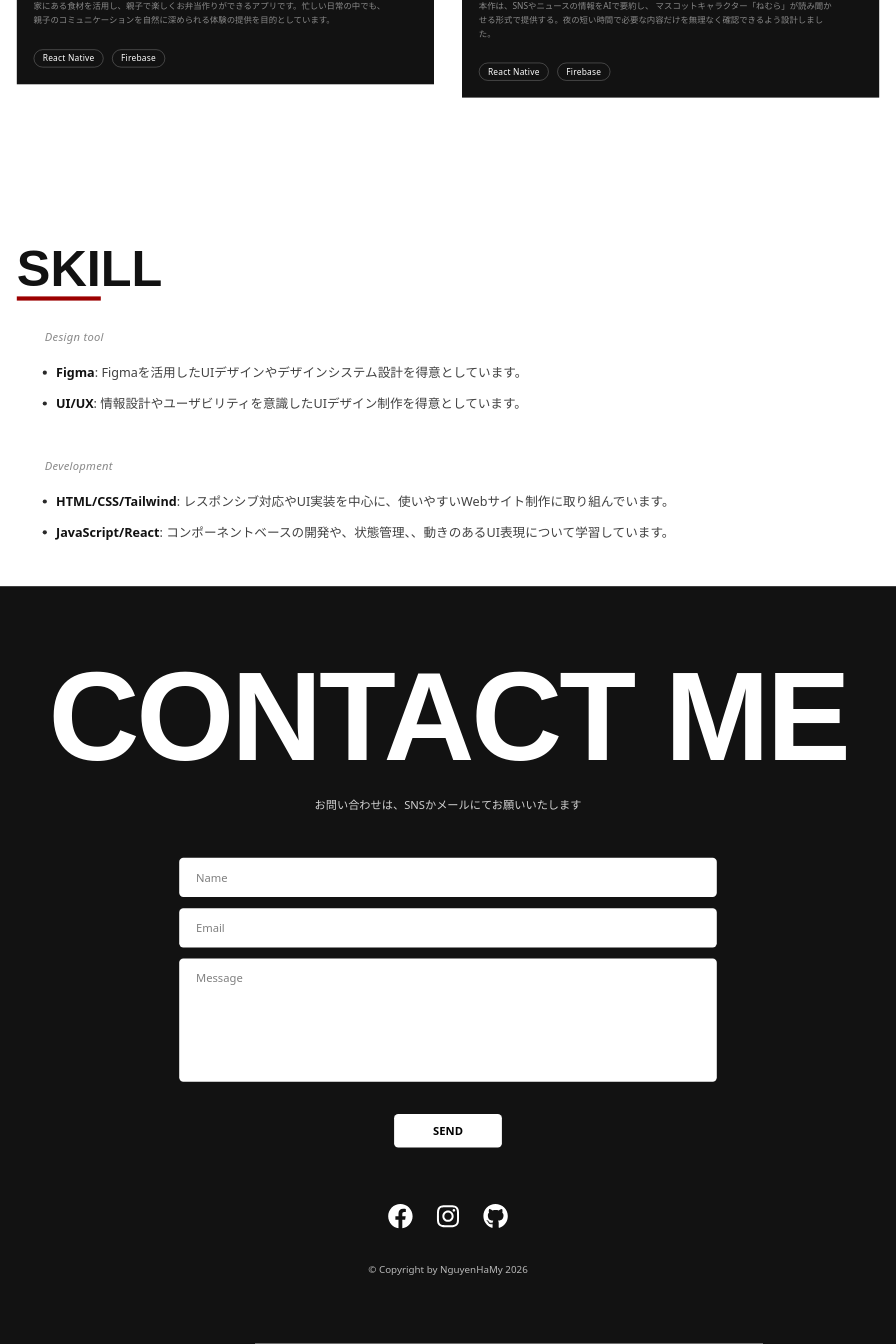
Repository: meme2603/Portfolio-HaMy
Page: / (app in my-portfolio/)
The author's editor kept a copy of each file at every save. The page is drawn from the files as they stood at one save, then again after the next save.
The browser window is 1280 px wide. The pictures show the part of the page from y = 4458 to 6378 px (the page is 6378 px tall before and 6314 px after), at 70% of full size.
Some web fonts or font styles are not loaded; a fallback is used. The project was rebuilt for these pictures with package versions that can differ from the ones it lists, and the page was loaded fresh each time. Also part of the build but not shown: my-portfolio/vite.config.js.

Above is the page before, as saved 2026-05-29 14:48:59.

### my-portfolio/index.html
<!doctype html>
<html lang="ja">
  <head>
    <meta charset="UTF-8" />

    <link rel="icon" type="image/png" href="/memex2.png" />
    <meta name="viewport" content="width=device-width, initial-scale=1.0" />
    <title>My Portfolio</title>
    <link rel="preconnect" href="https://fonts.googleapis.com" />
    <link rel="preconnect" href="https://fonts.gstatic.com" crossorigin />
    <link
      href="https://fonts.googleapis.com/css2?family=Akshar:wght@300..700&family=Poppins:wght@300;400;600;700&display=swap"
      rel="stylesheet"
    />
  </head>
  <body>
    <div id="root"></div>

    <script type="module" src="/src/main.jsx"></script>
  </body>
</html>

### my-portfolio/src/main.jsx
import React from "react";
import ReactDOM from "react-dom/client";
import App from "./App";
import "./index.css";

ReactDOM.createRoot(document.getElementById("root")).render(
  <React.StrictMode>
    <App />
  </React.StrictMode>,
);

### my-portfolio/src/App.jsx
import Header from "./components/Header";
import Hero from "./components/Hero";
import About from "./components/About";
import Projects from "./components/Projects";
import Skills from "./components/Skills";
import Contact from "./components/Contact";
function App() {
  return (
    <div className="App">
      <Header />
      <Hero />
      <About />
      <Projects />
      <Skills />
      <Contact />
    </div>
  );
}

export default App;

### my-portfolio/src/index.css
@import "tailwindcss";
@theme {
  --color-primary: #9c0000;
  --color-background: #fff;
  --color-font: #121212;

  --opacity-overlay: 0.65;
  --opacity-glass: 0.1;

  --font-poppins: "Poppins", sans-serif;
  --font-akshar: "Akshar", sans-serif;
}

### my-portfolio/src/components/Header.jsx
import { useState } from "react";
function MenuItem({ text }) {
  return (
    <li>
      <a
        href={`#${text.toLowerCase()}`}
        className="text-primary text-xl relative group transition-colors"
      >
        {text}
        <span
          className="
            absolute left-0 -bottom-[4px] w-0 h-[1px] bg-primary
            transition-all duration-300 group-hover:w-full
          "
        ></span>
      </a>
    </li>
  );
}

function Header() {
  const [isOpen, setIsOpen] = useState(false);
  const menuItems = ["About", "Projects", "Contact"];
  return (
    <header className="fixed top-0 left-0 w-full h-24 bg-background border-b border-gray-300 z-60">
      <div className="max-w-7xl mx-auto h-full px-6 flex justify-between items-center">
        <div className="shrink-0">
          <a
            href="/"
            className="text-4xl text-primary font-semibold font-akshar"
          >
            HA MY
          </a>
        </div>

        <nav className="hidden lg:block">
          <ul className="flex space-x-10">
            {menuItems.map((item) => (
              <MenuItem key={item} text={item} />
            ))}
          </ul>
        </nav>

        <button
          onClick={() => setIsOpen(!isOpen)}
          className="block lg:hidden text-primary focus:outline-none z-50"
          aria-label="Menu"
        >
          <svg
            xmlns="http://www.w3.org/2000/svg"
            className="h-8 w-8"
            fill="none"
            viewBox="0 0 24 24"
            stroke="currentColor"
          >
            <path
              strokeLinecap="round"
              strokeLinejoin="round"
              strokeWidth="2"
              d={isOpen ? "M6 18L18 6M6 6l12 12" : "M4 6h16M4 12h16M4 18h16"}
            />
          </svg>
        </button>

        <div
          className={`
            absolute top-24 left-0 w-full bg-background border-b border-gray-300
            flex flex-col items-center shadow-lg lg:hidden
            overflow-hidden transition-all duration-700 ease-in-out
            ${isOpen ? "max-h-96 opacity-100 py-8 space-y-6" : "max-h-0 opacity-0 py-0 space-y-0 border-none"}
          `}
        >
          <div className="flex flex-col items-center w-full py-6 space-y-6">
            <a
              href="#about"
              onClick={() => setIsOpen(false)}
              className="text-primary text-2xl transition-opacity duration-700"
            >
              About
            </a>
            <a
              href="#projects"
              onClick={() => setIsOpen(false)}
              className="text-primary text-2xl transition-opacity duration-700"
            >
              Projects
            </a>
            <a
              href="#contact"
              onClick={() => setIsOpen(false)}
              className="text-primary text-2xl transition-opacity duration-700"
            >
              Contact
            </a>
          </div>
        </div>
      </div>
    </header>
  );
}

export default Header;

### my-portfolio/src/components/Hero.jsx
import avatarImg from "../assets/avatar.png";
function Hero() {
  return (
    <section className="relative w-full h-[calc(100vh-88px)] mt-24 bg-background overflow-hidden flex flex-col items-center pb-16">
      <div className="w-full pt-10 pb-5 z-20">
        <h1
          className="
            text-[90px]
            md:text-[140px]
            lg:text-[210px]
            font-bold
            font-akshar
            text-center
            leading-[0.7]
            text-font
            tracking-tighter
          "
        >
          PORTFOLIO
        </h1>
      </div>

      <div className="relative w-full max-w-[1440px] flex flex-col md:flex-row items-center md:items-end justify-center z-30">
        {/* LEFT */}
        <div className="flex-1 flex justify-center pb-8 md:pb-60 lg:pb-80">
          <div className="flex flex-col items-center text-center space-y-2">
            <p className="text-sm md:text-base lg:text-lg font-poppins">Hi!</p>

            <p className="text-sm md:text-base lg:text-lg font-poppins">
              My name is{" "}
              <span className="font-semibold text-base md:text-lg lg:text-xl font-poppins">
                NGUYEN THI HA MY
              </span>
            </p>

            <p className="text-base md:text-lg lg:text-xl font-light">
              I'm from VietNam
            </p>
          </div>
        </div>

        <div className="relative flex justify-center shrink-0">
          <img
            src={avatarImg}
            alt="Ha My"
            className="
              block
              h-[320px]
              md:h-[460px]
              lg:h-[601px]
              object-cover

            "
          />
        </div>

        <div className="flex-1 flex justify-center pb-8 md:pb-60 lg:pb-80">
          <div className="flex flex-col text-center space-y-2">
            <p className="text-base md:text-lg lg:text-xl font-light">
              I'm{" "}
              <span className="font-semibold text-base md:text-lg lg:text-xl">
                UI/UX Designer
              </span>{" "}
              and
            </p>

            <p className="text-base md:text-lg lg:text-xl font-semibold font-poppins">
              Design Engineer
            </p>

            <p className="text-sm md:text-base lg:text-lg font-light font-poppins">
              Now I'm living in Japan.
            </p>
          </div>
        </div>
      </div>
      <div className="absolute h-13 bottom-0 left-0 w-full bg-font py-3 md:py-4"></div>
      <div className="relative w-full mt-0 md:mt-0 lg:-mt-40 z-40">
        <div className="relative flex justify-center leading-none -mb-8 lg:-mb-12">
          <span
            className="
              absolute
              inset-0
              flex
              justify-center
              translate-x-[4px]
              translate-y-[4px]
              lg:text-[200px]
              md:text-[110px]
              sm:text-[80px]
              font-bold
              font-akshar
              tracking-tighter
              text-font
            "
          >
            Designer
          </span>

          <h2
            className="
              relative
              lg:text-[200px]
              md:text-[110px]
              sm:text-[80px]
              font-bold
              font-akshar
              tracking-tighter
              text-primary
            "
          >
            Designer
          </h2>
        </div>
      </div>

      {/* <div
        className="absolute
                  bottom-3
                  left-1/2
                  -translate-x-1/2
                  z-50
                  px-10
                  py-0.5"
      >
        <p className="text-background text-center text-[10px] md:text-xs font-light tracking-[2px]">
          This is my portfolio. Hope you enjoy it !
        </p>
      </div> */}
    </section>
  );
}

export default Hero;

### my-portfolio/src/components/About.jsx
import aboutImg from "../assets/about.jpg";
function About() {
  return (
    <section className="relative w-full h-auto py-24 bg-background overflow-hidden mt-16">
      <div className="max-w-7xl mx-auto px-6 md:px-10">
        {/* TITLE */}
        <div className="mb-16">
          <h1 className="text-5xl md:text-6xl lg:text-7xl font-bold font-akshar text-font leading-none">
            ABOUT ME
          </h1>

          <div className="w-[80px] md:w-[100px] lg:w-[120px] lg:h-[6px] md:h-[5px] h-[4px] bg-primary mt-1"></div>
        </div>

        {/* CONTENT */}
        <div className="flex flex-col lg:flex-row items-center lg:items-start gap-16">
          {/* LEFT */}
          <div className="w-full lg:w-[380px] shrink-0">
            <div className="bg-white rounded-2xl shadow-md p-5">
              <img
                src={aboutImg}
                alt="About Me"
                className="w-full  h-[300px] object-cover rounded-xl"
              />

              <div className="mt-5">
                <h2 className="text-3xl font-akshar font-bold tracking-wide text-font">
                  NGUYEN THI HA MY
                </h2>

                <p className="text-font/70 text-lg mt-1">2001.03.30</p>
              </div>

              <div className="flex gap-3 mt-6">
                <span className="border border-font rounded-full px-4 py-2 text-sm">
                  UI/UX Designer
                </span>

                <span className="border border-font rounded-full px-4 py-2 text-sm">
                  Design Engineer
                </span>
              </div>
            </div>
          </div>

          {/* RIGHT */}
          <div className="flex-1 max-w-[760px]">
            <h2 className="text-2xl md:text-3xl font-semibold font-akshar text-primary tracking-[4px] mb-8">
              PROFILE!!
            </h2>

            <div className="space-y-6 text-font leading-[2.2] text-sm md:text-base lg:text-lg">
              <p>
                ベトナム出身の
                <span className="font-semibold">
                  グエン ティ ハ ミー（ NGUYEN THI HA MY）
                </span>
                です。
              </p>

              <p>
                現在は専門学校で、
                <span className="font-semibold">デザインやコーディング </span>
                について学びながらWeb制作やフロントエンド技術の基礎を学んでおります。
              </p>

              <p>
                2021年に来日し、最初の1年間は日本語学校で日本語を学びました。
                <br />
                その後、ビジネス専門学校に進学し、日本の文化やビジネスマナー、コミュニケーション力を身につけてまいりました。
                その中で、コンピュータの授業を通して、Webデザインという職業があることを初めて知り、興味を持つようになりました。
              </p>

              <p>
                留学生として日本とベトナム両方の文化に触れてきた経験を活かし、将来はユーザーの多様な視点やニーズを理解し、最適な体験をデザインする
                <span className="font-semibold text-primary text-xl">
                  UI/UXデザイナー
                </span>
                を目指しております。
              </p>
            </div>
          </div>
        </div>
      </div>
    </section>
  );
}
export default About;

### my-portfolio/src/components/Projects.jsx
import ProjectSection from "./ProjectSection";
import { websiteProjects, appProjects } from "./ProjectsData";

function Projects() {
  return (
    <section className="pt-20 bg-background">
      <div className="max-w-7xl mx-auto px-6">
        <h1 className="text-5xl md:text-6xl lg:text-7xl font-akshar font-bold text-font">
          PROJECTS
        </h1>
        <div className="w-[80px] md:w-[100px] lg:w-[120px] lg:h-[6px] md:h-[5px] h-[4px] bg-primary mt-1 mb-20"></div>
        <ProjectSection
          title="Website Design"
          description="学校で学んだ知識を活かし、企画からデザイン、コーディングまで一貫して制作したWebプロジェクトです。"
          projects={websiteProjects}
        />
        <ProjectSection
          title="Application Design"
          description="チームプロジェクトとして、企画からUI/UX設計までチームで共同制作したモバイルアプリです。"
          projects={appProjects}
        />
      </div>
    </section>
  );
}

export default Projects;

### my-portfolio/src/components/Skills.jsx
import { skillData } from "./ProjectsData";

function Skill() {
  return (
    <section className="w-full pt-20 pb-16">
      <div className="max-w-7xl mx-auto px-6 pb-10">
        <h2 className="text-5xl md:text-6xl lg:text-7xl font-bold font-akshar text-font leading-none">
          SKILL
        </h2>

        <div className="w-[80px] md:w-[100px] lg:w-[120px] lg:h-[6px] md:h-[5px] h-[4px] bg-primary mt-1"></div>
      </div>

      <div className="max-w-7xl mx-auto px-16 space-y-16">
        {skillData.map((group, index) => (
          <div key={index}>
            <h3 className="text-base font-medium text-font/50 mb-6 tracking-wide italic">
              {group.category}
            </h3>

            <ul className="space-y-4 pl-4">
              {group.skills.map((skill, sIndex) => (
                <li key={sIndex} className="list-disc text-font/90 text-lg">
                  <span className="font-bold text-font">{skill.name}</span>
                  <span className="text-font/80 font-light">
                    : {skill.status} {skill.desc}
                  </span>
                </li>
              ))}
            </ul>
          </div>
        ))}
      </div>
    </section>
  );
}

export default Skill;

### my-portfolio/src/components/Contact.jsx
import { FaFacebook, FaInstagram, FaGithub } from "react-icons/fa";

function Contact() {
  return (
    <section className="bg-font text-background py-24 overflow-hidden">
      <div className="max-w-7xl mx-auto px-6">
        <h1
          className="
                text-center
                font-akshar
                font-bold
                leading-none
                tracking-tight
                text-[70px]
                sm:text-[100px]
                md:text-[140px]
                lg:text-[180px]
                "
        >
          CONTACT ME
        </h1>
        <p
          className="
                text-center
                text-sm
                md:text-base
                text-white/80

                mt-6
                mb-16
                "
        >
          お問い合わせは、SNSかメールにてお願いいたします
        </p>
        <form className="max-w-3xl mx-auto">
          <input
            type="text"
            placeholder="Name"
            className="
                    w-full
                    bg-white
                    text-black
                    rounded-md
                    px-6
                    py-4
                    mb-4
                    outline-none
                "
          />
          <input
            type="email"
            placeholder="Email"
            className="
                    w-full
                    bg-white
                    text-black
                    rounded-md
                    px-6
                    py-4
                    mb-4
                    outline-none
                "
          />
          <textarea
            placeholder="Message"
            rows="6"
            className="
                    w-full
                    bg-white
                    text-black
                    rounded-md
                    px-6
                    py-4
                    outline-none
                    resize-none
                "
          ></textarea>
          <div className="flex justify-center mt-10">
            <button
              className="
                    bg-white
                    text-black
                    px-14
                    py-3
                    rounded-md
                    font-semibold
                    transition-all
                    duration-300
                    hover:scale-105
                    "
            >
              SEND
            </button>
          </div>
        </form>
        <div className="flex justify-center gap-8 mt-20 text-4xl">
          <a href="/" className="hover:scale-110 transition-all duration-300">
            <FaFacebook />
          </a>

          <a href="/" className="hover:scale-110 transition-all duration-300">
            <FaInstagram />
          </a>

          <a href="/" className="hover:scale-110 transition-all duration-300">
            <FaGithub />
          </a>
        </div>

        {/* COPYRIGHT */}
        <p
          className="
                text-center
                text-sm
                text-white/70

                mt-12
                "
        >
          © Copyright by NguyenHaMy 2026
        </p>
      </div>
    </section>
  );
}

export default Contact;

### my-portfolio/src/components/ProjectSection.jsx
import ProjectCard from "./ProjectCard";

function ProjectSection({ title, description, projects }) {
  return (
    <section className="mb-32">
      <h2
        className="
          text-[32px]
          leading-none
          font-bold
          font-akshar
          tracking-tight
          text-primary
        "
      >
        {title}
      </h2>

      <p
        className="
          mt-4
          text-font/70
          leading-relaxed
        "
      >
        {description}
      </p>

      <div className="grid grid-cols-1 md:grid-cols-2 gap-10 mt-14">
        {projects.slice(0, 4).map((project, index) => (
          <ProjectCard
            key={index}
            year={project.year}
            title={project.title}
            titleJP={project.titleJP}
            description={project.desc}
            tags={project.tags}
            image={project.img}
          />
        ))}
      </div>
    </section>
  );
}

export default ProjectSection;

### my-portfolio/src/components/ProjectsData.js
// projectsData.js
// 1. Import ảnh ở đầu file để JS hiểu đường dẫn
import portfoliothumb from "../assets/portfoliothumb.jpg";
import coffeethumb from "../assets/coffeethumb.jpg";
import sneakerthumb from "../assets/sneakerthumb.jpg";
import okayamathumb from "../assets/okayamathumb.jpg";
import nemurathumb from "../assets/nemurathumb.jpg";
import easycookthumb from "../assets/easycookthumb.jpg";

export const websiteProjects = [
  {
    year: "2025",
    title: "Coffee Shop",
    titleJP: "カフェショップサイト",
    desc: "家族みんなが安心して過ごせるカフェをテーマに、Webサイトを制作しました。",
    tags: ["Figma", "HTML", "CSS", "JavaScript"],
    img: coffeethumb,
  },
  {
    year: "2026",
    title: "Portfolio.",
    titleJP: "ポートフォリオ",
    desc: "就職活動のために制作したポートフォリオサイトです。",
    tags: ["Figma", "React", "Tailwind"],
    img: portfoliothumb,
  },
  {
    year: "2025",
    title: "Sneaker LP",
    titleJP: "スニーカーLP",
    desc: "新作スニーカーの販売に向けた、ランディングページを制作しました。",
    tags: ["Figma", "HTML", "SCSS"],
    img: sneakerthumb,
  },
  {
    year: "2025",
    title: "Okayama kankou",
    titleJP: "観光サイト",
    desc: "昔話「桃太郎」をテーマに、岡山の伝説・史実・文化を体験できる観光サイトを制作しました。",
    tags: ["Figma", "UI/UX"],
    img: okayamathumb,
  },
];

export const appProjects = [
  {
    year: "2025",
    title: "EASY COOK APP",
    titleJP: "お弁当を提案するアプリ",
    desc: "家にある食材を活用し、親子で楽しくお弁当作りができるアプリです。忙しい日常の中でも、親子のコミュニケーションを自然に深められる体験の提供を目的としています。",
    tags: ["React Native", "Firebase"],
    img: easycookthumb,
  },
  {
    year: "2025-2026",
    title: "Nemura APP",
    titleJP: "一日寝落ち系AIニュースキュレーションアプリです。",
    desc: "本作は、SNSやニュースの情報をAIで要約し、 マスコットキャラクター「ねむら」が読み聞かせる形式で提供する。夜の短い時間で必要な内容だけを無理なく確認できるよう設計しました。",
    tags: ["React Native", "Firebase"],
    img: nemurathumb,
  },
];

// skillsData.js
export const skillData = [
  {
    category: "Design tool",
    skills: [
      {
        name: "Figma",
        // status: "上級",
        desc: "Figmaを活用したUIデザインやデザインシステム設計を得意としています。",
      },
      {
        name: "UI/UX",
        // status: "上級",
        desc: "情報設計やユーザビリティを意識したUIデザイン制作を得意としています。",
      },
    ],
  },
  {
    category: "Development",
    skills: [
      {
        name: "HTML/CSS/Tailwind",
        // status: "基礎レベル",
        desc: "レスポンシブ対応やUI実装を中心に、使いやすいWebサイト制作に取り組んでいます。",
      },
      {
        name: "JavaScript/React",
        // status: "基礎知識・学習中",
        desc: "コンポーネントベースの開発や、状態管理、、動きのあるUI表現について学習しています。",
      },
    ],
  },
];

### my-portfolio/src/components/ProjectCard.jsx
// ProjectCard = component dùng để hiển thị 1 project card
function ProjectCard({ year, title, titleJP, description, tags, image }) {
  return (
    <div className="group cursor-pointer ">
      <div className="overflow-hidden bg-font">
        <img
          src={image}
          alt={title}
          className="
            w-full
            object-cover
            transition-all
            duration-500
            group-hover:scale-105
            group-hover:opacity-90
          "
        />
      </div>

      {/* INFO */}
      <div className="bg-font text-background px-6 py-6 ">
        <div className="flex items-start justify-between">
          <div>
            {/* ĐIỀN NĂM VÀO ĐÂY */}
            <p className="text-[12px] tracking-[2px] text-background/60 ">
              {year}
            </p>

            {/* ĐIỀN TIÊU ĐỀ VÀO ĐÂY */}
            <h3
              className="
                text-[40px]
                leading-none
                font-bold
                font-akshar
                tracking-tight
                mt-2
              "
            >
              {title}
            </h3>

            {/* ĐIỀN TIẾNG NHẬT VÀO ĐÂY */}
            <p className="text-sm text-background/70 mt-2">{titleJP}</p>

            {/* ĐIỀN MÔ TẢ VÀO ĐÂY */}
            <p className="text-xs text-background/50 leading-relaxed mt-4">
              {description}
            </p>
          </div>

          <div
            className="
              text-3xl
              transition-transform
              duration-300
              group-hover:translate-x-1
              group-hover:-translate-y-1
            "
          >
            ↗
          </div>
        </div>

        {/* BOTTOM - CHỖ NÀY ĐỂ HIỆN TAGS TỰ ĐỘNG NÈ */}
        <div className="mt-8 flex items-center gap-3 flex-wrap">
          {tags &&
            tags.map((tag, index) => (
              <span
                key={index}
                className="
                border
                border-background/30
                rounded-full
                px-3
                py-1
                text-xs
                tracking-wide
              "
              >
                {tag}
              </span>
            ))}
        </div>
      </div>
    </div>
  );
}

export default ProjectCard;

After the next save:
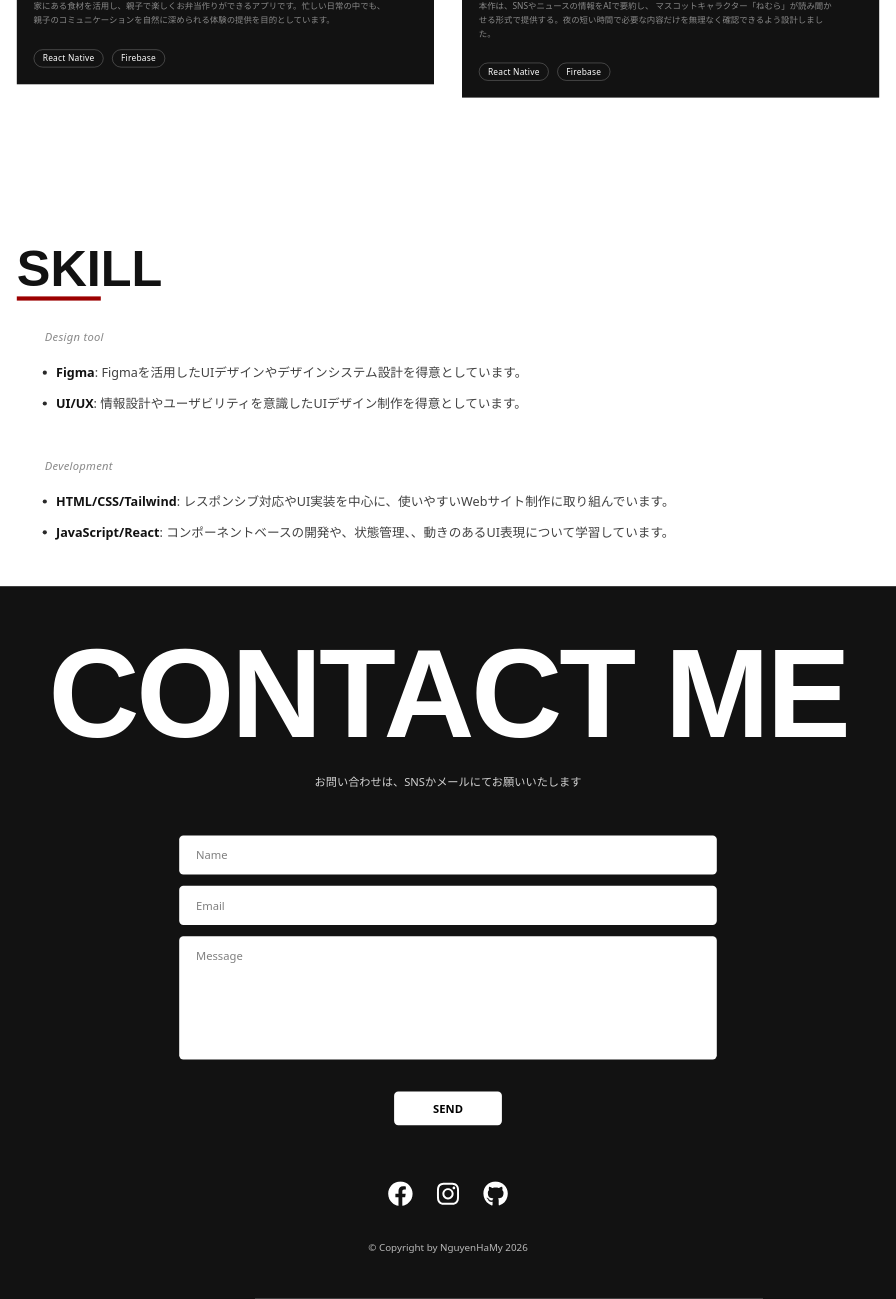
Saved 10 s later.
--- a/my-portfolio/src/components/Contact.jsx
+++ b/my-portfolio/src/components/Contact.jsx
@@ -2,7 +2,7 @@ import { FaFacebook, FaInstagram, FaGithub } from "react-icons/fa";
 
 function Contact() {
   return (
-    <section className="bg-font text-background py-24 overflow-hidden">
+    <section className="bg-font text-background py-16 overflow-hidden">
       <div className="max-w-7xl mx-auto px-6">
         <h1
           className="
